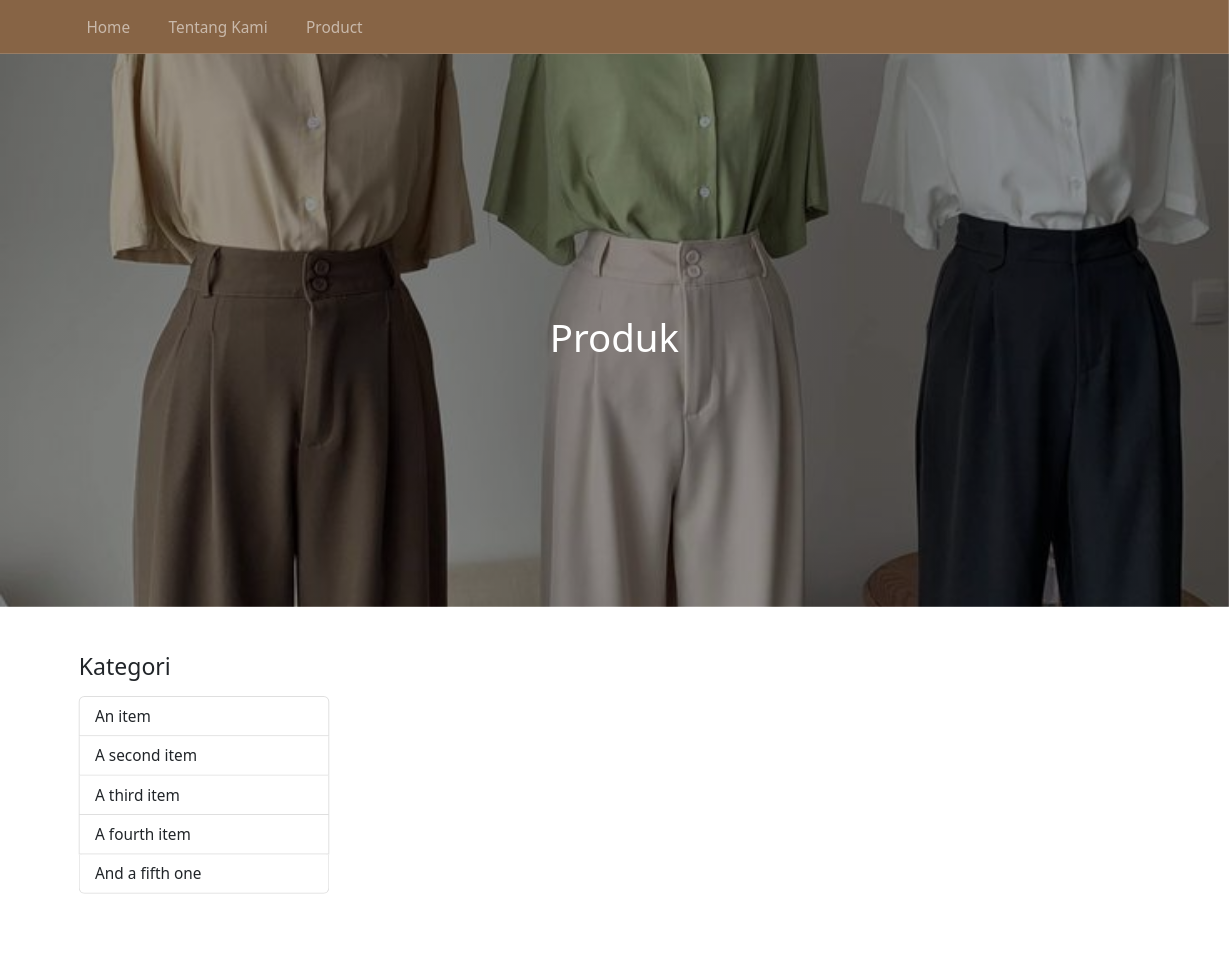
Repository: herman165/tugas_uas
Page: http://localhost/produk.php
These files come from the project's save history. The page is drawn as it stood at one moment and after the next save; the edit follows.
The browser window is 1280 px wide. The pictures show the whole page, at 96% of full size.
The page is run by PHP 8.4 with error messages shown; the project is at /var/www/html/.

Above is the page before, as saved 2024-12-11 03:21:55.

### produk.php

<!DOCTYPE html>
<html lang="en">
<head>
    <meta charset="UTF-8">
    <meta name="viewport" content="width=device-width, initial-scale=1.0">
    <title>Produk-Page</title>
    <link rel="stylesheet" href="bootstrap/css/bootstrap.min.css">
    <link rel="stylesheet" href="fontawesome/css/all.min.css">
    <link rel="stylesheet" href="css/style.css">
</head>
<body>
    <!-- navbar -->
    <?php require "navbar.php" ?>

    <!-- benner -->
     <div class="container-fluid banner d-flex align-items-center">
        <div class="container">
            <h1 class="mt-4 text-white text-center">Produk</h1>
        </div>
     </div>

    <!-- layout produk -->
        <div class="container py-5">
            <div class="row">
                <div class="col-md-3 mb-4">
                    <h4 class="mb-3">Kategori</h4>
                    <ul class="list-group">
                        <li class="list-group-item">An item</li>
                        <li class="list-group-item">A second item</li>
                        <li class="list-group-item">A third item</li>
                        <li class="list-group-item">A fourth item</li>
                        <li class="list-group-item">And a fifth one</li>
                    </ul>
                </div>
                <div class="col-md-6"></div>
            </div>
        </div>


    <script src="bootstrap/js/bootstrap.bundle.min.js"></script>
    <script src="fontawesome/js/all.min.js"></script>
</body>
</html>

### navbar.php
<!DOCTYPE html>
<html lang="en">
<head>
    <meta charset="UTF-8">
    <meta name="viewport" content="width=device-width, initial-scale=1.0">
    <title>Responsive Navbar</title>
     <link rel="stylesheet" href="bootstrap/css/bootstrap.min.css">

<style>

        /* Khusus tampilan HP */
        @media (max-width: 480px) {
            .navbar {
                background: linear-gradient(to right, #6a11cb, #2575fc); /* Gradient ungu ke biru */
                box-shadow: 0 4px 6px rgba(0, 0, 0, 0.3); /* Bayangan */
                border-radius: 5px; /* Membuat sudut melengkung */
            }

            .navbar-dark .nav-link {
                color: #ffffff;
                background-color: rgba(255, 255, 255, 0.2); /* Transparan putih */
                margin: 5px;
                padding: 10px;
                border-radius: 5px; /* Melengkung */
                text-align: center;
                transition: background-color 0.3s ease, color 0.3s ease;
            }

            .navbar-dark .nav-link:hover {
                background-color: rgba(255, 255, 255, 0.4); /* Lebih terang saat hover */
                color: #ffcc00; /* Warna kuning keemasan */
            }

            /* Tombol toggler */
            .navbar-dark .navbar-toggler {
                border: none;
                background-color: #ffffff; /* Putih */
                padding: 5px;
                border-radius: 3px; /* Melengkung */
            }

            .navbar-dark .navbar-toggler-icon {
                background-color: #6a11cb; /* Ungu */
                border-radius: 2px;
                width: 25px;
                height: 3px;
            }
        }

</style>

</head>
<body>
    <nav class="navbar navbar-expand-lg navbar-dark warna1">
        <div class="container">
            <button class="navbar-toggler" type="button" data-bs-toggle="collapse" data-bs-target="#navbarSupportedContent" aria-controls="navbarSupportedContent" aria-expanded="false" aria-label="Toggle navigation">
                <span class="navbar-toggler-icon"></span>
            </button>
            <div class="collapse navbar-collapse" id="navbarSupportedContent">
                <ul class="navbar-nav me-auto mb-2 mb-lg-0">
                    <li class="nav-item me-4 ">
                        <a class="nav-link " href="index.php">Home</a>
                    </li>
                    <li class="nav-item me-4 ">
                        <a class="nav-link" href="tentang-kami.php">Tentang Kami</a>
                    </li>
                    <li class="nav-item me-4 ">
                        <a class="nav-link" href="produk.php">Product</a>
                    </li>
                </ul>
            </div>
        </div>
    </nav>

    <script src="bootstrap/js/bootstrap.bundle.min.js"></script>
</body>
</html>

### css/style.css
.warna1 {
    background-color: #876445;
}
.warna2 {
    background-color: #CA965C;
}
.warna3 {
    background-color: #EEC373;
}
.warna4 {
    background-color: #F4DFBA;
}
.banner {
    height: 80vh; /* Mengisi seluruh tinggi layar */
    background: linear-gradient(rgba(0, 0, 0, 0.4), rgba(0, 0, 0, 0.4)), url('../image/benner\ new.jpg');
    background-size: cover; /* Memastikan gambar menutupi seluruh elemen */
    background-position: center; /* Memusatkan gambar */
    background-repeat: no-repeat; /* Mencegah gambar diulang */
}



@media (max-width: 768px) {
    .banner {
        height: 30vh;
    }
}
.highlighted-kategori{
    height: 250px;

}
.no-decoration{
    text-decoration: none;
    color:white;
}
.no-decoration:hover {
    color: #EEC373;
}

.kategori-baju-pria {
  background: linear-gradient(rgba(0, 0, 0, 0.4), rgba(0, 0, 0, 0.4)), url('../image/baju\ pria.jpg');
  background-size: cover;
  background-position: center;
  background-repeat: no-repeat;
}
.kategori-baju-wanita {
  background: linear-gradient(rgba(0, 0, 0, 0.4), rgba(0, 0, 0, 0.4)), url('../image/baju\ wanita.jpg');
  background-size: cover;
  background-position: center;
  background-repeat: no-repeat;

}
.kategori-sepatu-pria {
  background: linear-gradient(rgba(0, 0, 0, 0.4), rgba(0, 0, 0, 0.4)), url('../image/Vans\ Old\ Skool\ Sneakers\ in\ Black_White\ _\ VN000D3HY28\ -\ Men\ 13_Wmn\ 14_5\ _\ Black.jpg');
  background-size: cover;
  background-position: center;
  background-repeat: no-repeat;
}
.kategori-jam-pria {
  background: linear-gradient(rgba(0, 0, 0, 0.4), rgba(0, 0, 0, 0.4)), url('../image/Kegllect\ Men\ Life\ Waterproof\ Quartz\ Watch\ Mens\ Large\ Dial\ Sport\ Wristwatch\ Jam\ Tangan\ Lelaki.jpg');
  background-size: cover;
  background-position: center;
  background-repeat: no-repeat;
}
.text-harga{
    font-size: 20px;
    color:#CA965C;
}
.image-box {
    height: 200px;
}
.image-box img{
    height: 100%;
    width: 100%;
    object-fit: cover;
    object-position: center;
}
.subscribe-content {
    background-color: rgba(0, 0, 0, 0.7);
}
.subscribe-content a {
    color: #fff
}
.bounce-icon {
    font-size: 50px;
    color: #fff;
    animation: wave 2s infinite;
}
@keyframes wave {
    0% {
        transform: translateX(0) translateY(0);
    }
    40% {
        transform: translateX(10px) translateY(-10px);
    }
    50% {
        transform: translateX(-10px) translateY(10px);
    }
    60% {
        transform: translateX(10px) translateY(10px);
    }
    80% {
        transform: translateX(-10px) translateY(-10px);
    }
    100% {
        transform: translateX(0) translateY(0);
    }
}

Loaded but not shown: bootstrap/css/bootstrap.min.css (library); fontawesome/css/all.min.css (library); bootstrap/js/bootstrap.bundle.min.js (library)

After the next save:
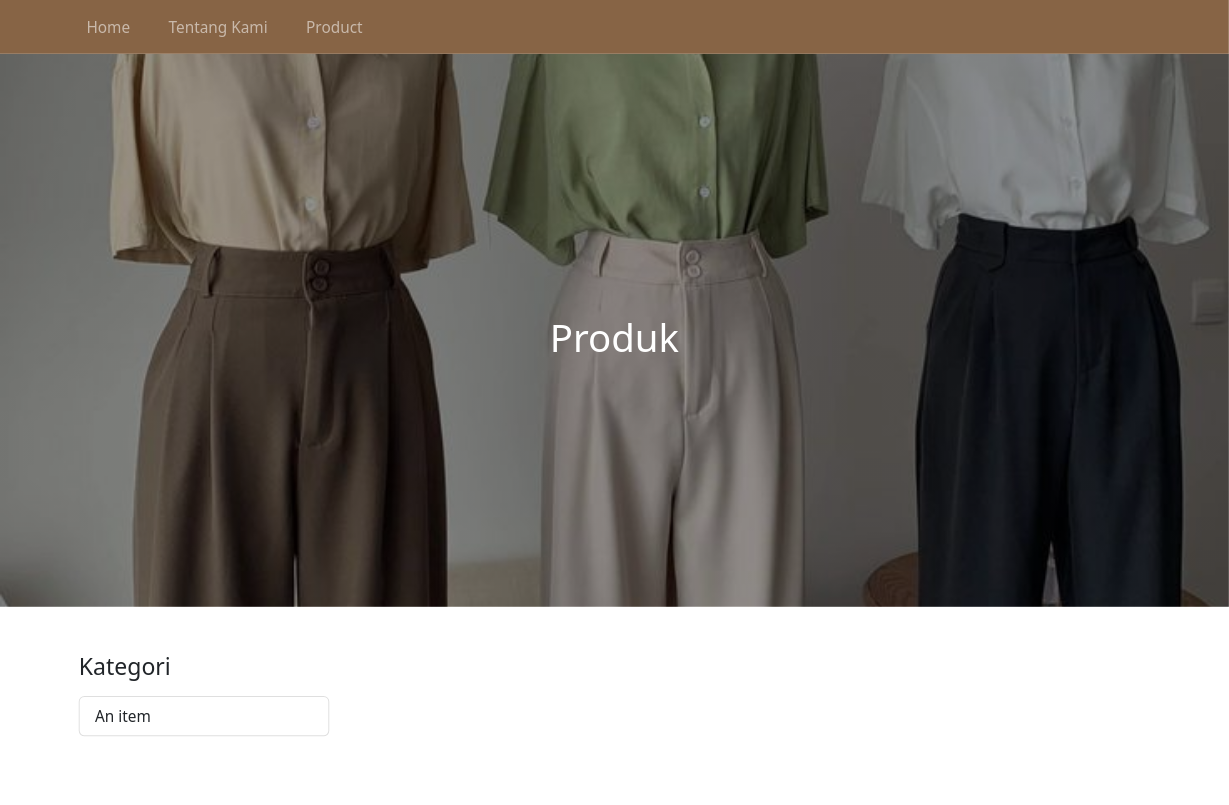
Saved 21 s later.
--- a/produk.php
+++ b/produk.php
@@ -27,10 +27,6 @@
                     <h4 class="mb-3">Kategori</h4>
                     <ul class="list-group">
                         <li class="list-group-item">An item</li>
-                        <li class="list-group-item">A second item</li>
-                        <li class="list-group-item">A third item</li>
-                        <li class="list-group-item">A fourth item</li>
-                        <li class="list-group-item">And a fifth one</li>
                     </ul>
                 </div>
                 <div class="col-md-6"></div>
